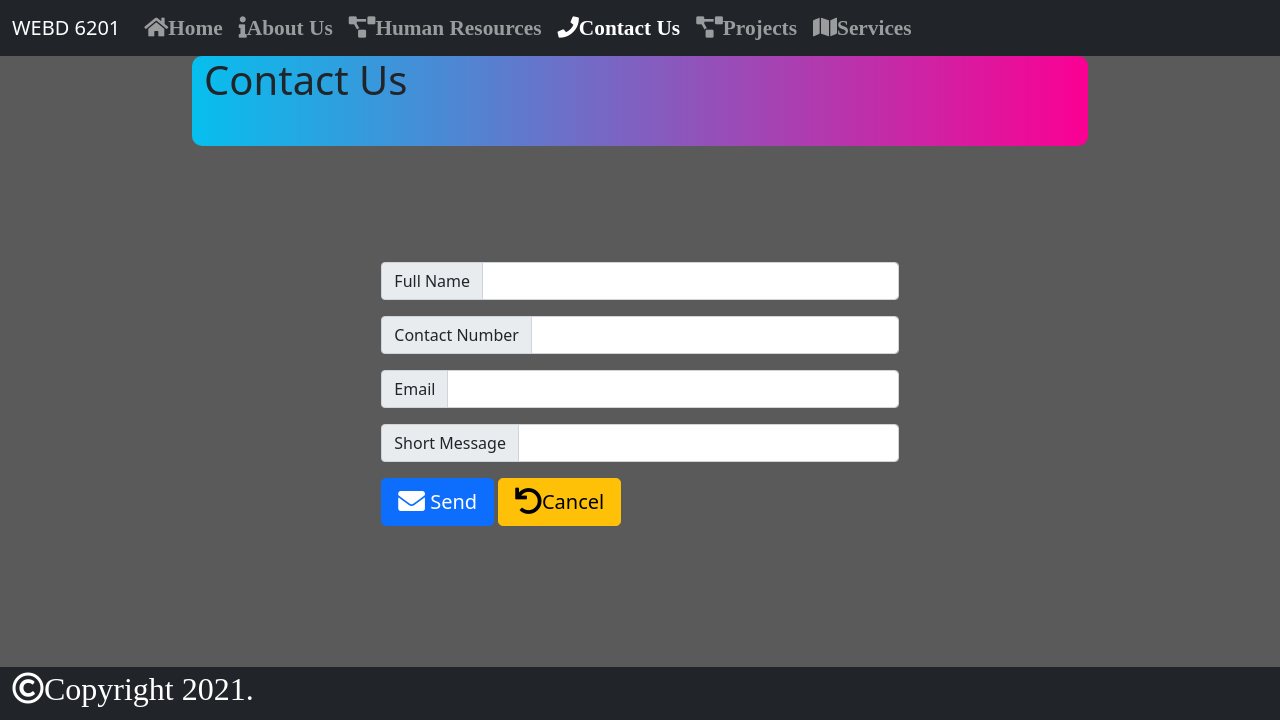
Repository: vans12345678/WEBD6201-W2021-Lab2
Page: contact.html
The author's editor kept a copy of each file at every save. The page is drawn from the files as they stood at one save, then again after the next save.
The browser window is 1280 px wide. The pictures show the whole page.

Above is the page before, as saved 2021-02-24 16:31:21.

### contact.html
<!--contact.html
Name: Andre Agrippa, Michai Pryce
Date: 02/05/2021
-->
<!DOCTYPE html>
<html lang="en">
<head>
    <meta charset="UTF-8">
    <meta name="viewport" content="width=device-width, initial-scale=1.0">
    <title>Contact Us</title>

    <!-- CSS Section -->
    <link rel="stylesheet" href="./node_modules/bootstrap/dist/css/bootstrap.min.css">
    <link rel="stylesheet" href="./node_modules/@fortawesome/fontawesome-free/css/all.min.css">
    <link rel="stylesheet" href="./Content/app.css">
</head>
<body>
  <!-- Main Header -->
    <header>
      <!-- Main Navigation -->
        <nav class="navbar navbar-expand-lg navbar-dark bg-dark">
            <div class="container-fluid">
              <a id ="navHome" class="navbar-brand" href="index.html"></a>
              <button class="navbar-toggler" type="button" data-bs-toggle="collapse" data-bs-target="#navbarSupportedContent" aria-controls="navbarSupportedContent" aria-expanded="false" aria-label="Toggle navigation">
                <span class="navbar-toggler-icon"></span>
              </button>
              <div class="collapse navbar-collapse" id="navbarSupportedContent">
                <ul id = "ulNav" class="navbar-nav me-auto mb-2 mb-lg-0">
                  <li class="nav-item">
                    <a  class="nav-link " aria-current="page" href="index.html"><i id ="navIndex"class = "fas fa-home fa-lg"></i></a>
                  </li>
                  <li class="nav-item" id ="navAbout">
                    <a  class="nav-link " aria-current="page" href="about.html"><i id ="navAboutItem"class = "fas fa-info fa-lg"></i></a>
                  </li>
                  <li class="nav-item">
                    <a  class="nav-link active" aria-current="page" href="contact.html"><i id ="navContact"class = "fas fa-phone fa-lg"></i></a>
                  </li>
                  <li class="nav-item">
                    <a  class="nav-link" aria-current="page" href="projects.html"><i id ="navProjects" class ="fas fa-project-diagram fa-lg">Products</i></a>
                  </li>
                  <li class="nav-item">
                    <a  class="nav-link " aria-current="page" href="services.html"><i id ="navServices"class = "fas fa-map fa-lg"></i></a>
                  </li>
                </ul>
              </div>
            </div>
          </nav>
    </header>
  <!-- Main Contents -->
    <main>
        <h1 class = "container">Contact Us</h1>
        <div class = "row justify-content-lg-center g-3 contact-form">
          <form id = "contactForm" class = "col-col-lg-6 col-md-5 col-sm-10">
            <div class="warnMessage alert" id="messageArea"></div>
            <div class="input-group mb-3">
              <span class="input-group-text" id="inputGroup-sizing-default">Full Name</span>
              <input id = "fullName" type="text" class="form-control" aria-label="Full Name" aria-describedby="Full Name Input"
              name = "fullName" required>
            </div>
            <div class="input-group mb-3">
              <span class="input-group-text" id="inputGroup-sizing-default">Contact Number</span>
              <input id = "contactNumber" type="tel" class="form-control" aria-label="Contact Number" aria-describedby="Contact Number Input"
              name = "contactNumber" required>
            </div>
            <div class="input-group mb-3">
              <span class="input-group-text" id="inputGroup-sizing-default">Email</span>
              <input id = "emailAddress" type="email" class="form-control" aria-label="Email Address" aria-describedby="Email Address Input"
              name = "emailAddress" required>
            </div>
            <div class="input-group mb-3">
              <span class="input-group-text" id="inputGroup-sizing-default">Short Message</span>
              <input id = "shortMessage" type="text" class="form-control" aria-label="Short Message" aria-describedby="Short Message Input"
              name = "shortMessage" required>
            </div>
          <button id = "sendButton" type="submit" class="btn btn-primary btn-lg"><i class="fas fa-envelope fa-lg"></i> Send</button>
          <button id = "cancelButton" type="reset" class="btn btn-warning btn-lg"><i class="fas fa-undo fa-lg"></i>Cancel</button>
        </form>

        </div>


    </main>
    <!-- Main Footer -->
    <footer>
      <nav class="navbar fixed-bottom navbar-dark bg-dark">
          <div class="container-fluid">
              <h4><i id = "footer"class="far fa-copyright fa-lg site-footer"></i></h4>
          </div>
        </nav>
  </footer>
    <!-- Script Section -->
    <script src="./node_modules/jquery/dist/jquery.min.js"></script>
    <script src="./node_modules/bootstrap/dist/js/bootstrap.bundle.min.js"></script>
    <script src="./Scripts/contact.js"></script>
    <script src="./Scripts/app.js"></script>

</body>
</html>

### Content/app.css
/* custom css goes here */
.Vapor {
    background-image: url('../images/vapor.jpg');
    background-repeat: no-repeat;
    background-attachment: fixed;
    background-size: 100% 100%;
  }
  a {
    color: greenyellow;
  }
  .textFont
  {
    font-family: Arial, Helvetica, sans-serif;
    line-height: 32px;
  }
  body
  {
    background-color: rgb(90, 90, 90);
  }
  h1.container{
    border-radius: 10px;
    width: 70%;
    height: 90px;
    margin: 0px auto;
    background: linear-gradient(90deg,#06bfee,#fb0093)
  }
  h1.projects{
    background-color: white;
  }
  .contact-table{
    width: 100%;
    margin:  50px auto;
    background-color: white;
  }
  .contact-form
  {
    width: 100%;
    margin:  100px auto;
  }
  .warnMessage
  {
    width: 90%;
    margin:  50px;
  }
  .site-footer {
    color:white;
  }

### Scripts/contact.js
/************************************************************
 * Name: Andre Agrippa, Michai Pryce
 * Date: 01/20/2021
 * Description: This file creates a contact class used to
 * create/display contacts for the web application
 */
"use strict";
class Contact {

    //Getters and setters
    get FullName() {
        return this.m_fullName;
    }
    set FullName(value) {
        this.m_fullName = value;
    }
    get ContactNumber() {
        return this.m_contactNumber;
    }
    set ContactNumber(value) {
        this.m_contactNumber = value;
    }
    get EmailAddress() {
        return this.m_emailAddress;
    }
    set EmailAddress(value) {
        this.m_emailAddress = value;
    }
    get ShortMessage(){
        return this.m_shortMessage;
    }
    set ShortMessage(value) {
        this.m_shortMessage = value;
    }
    /**
     *
     * @param {string} fullName
     * @param {string} contactNumber
     * @param {string} emailAddress
     * @param {string} shortMessage
     */
    constructor(fullName = "", contactNumber = "", emailAddress = "", shortMessage = "") {
        this.FullName = fullName;
        this.ContactNumber = contactNumber;
        this.EmailAddress = emailAddress;
        this.ShortMessage = shortMessage;
    }

    /**
     *This method overrides the built-in toString() method for Contact class
     *
     * @return {*}
     * @memberof Contact
     */
    toString()
    {
        return `Full Name       : ${this.FullName} \nContactNumber       : ${this.ContactNumber}
        \nEmailAddress       :${this.EmailAddress} \nShortMessage       :${this.ShortMessage}`;
    }
    /**
     *This method returns a JSON object made up of the properties of the Contact class
     *
     * @return {Object}
     * @memberof Contact
     */
    toJSON()
    {
        return{
            "fullName": this.FirstName,
            "contactNumber": this.ContactNumber,
            "emailAddress": this.EmailAddress,
            "shortMessage": this.ShortMessage
        }
    }
    /**
     *
     *This method returns the Contact into a comma-separated value string
     * @return {string}
     * @memberof Contact
     */
    serialize()
    {
        if(this.FullName !== "" && this.ContactNumber !== "" && this.EmailAddress !== "" && this.ShortMessage !== "")
        {
            return `${this.FullName}, ${this.ContactNumber}, ${this.EmailAddress}, ${this.ShortMessage}`;
        }
        else
        {
            console.error("One or more properties of the Contact is empty");
            return null;
        }
    }
    /**
     *This method takes a comma-separated data string assigns values to the Contact class properties
     *
     * @param {string} data
     * @returns {void}
     * @memberof Contact
     */
    deserialize(data)
    {
        let propertyArray = data.split(",");

        this.FullName = propertyArray[0];
        this.ContactNumber = propertyArray[1];
        this.EmailAddress = propertyArray[2];
        this.ShortMessage = propertyArray[3];

    }
}

### Scripts/app.js
/************************************************************
 * Name: Andre Agrippa, Michai Pryce
 * Date: 01/20/2021
 * Description: This file adds functionality to the Home,
 * About Us, Human Resources, Contact Us, Projects and Services
 * pages.
 * Date Completed:
 */

"use strict";


(function(){

    /**
     * Display Nav bar function to display nav and footer
     */
    function DisplayNav()
    {
        let navTextElement = document.getElementById("navHome").textContent = "WEBD 6201";
        navTextElement = document.getElementById("navIndex").textContent = "Home";
        navTextElement = document.getElementById("navAboutItem").textContent = "About Us";

        let navAboutElement = document.getElementById("navAbout");
        let hrListItem = document.createElement("li");
        hrListItem.setAttribute("id", "liHumanResources");
        hrListItem.setAttribute("class", "nav-item");
        let navbar = document.getElementById("ulNav").appendChild(hrListItem);
        hrListItem.innerHTML = `<a class="nav-link" aria-current="page" href="human-resources.html">
        <i id ="navHumanResources" class ="fas fa-project-diagram fa-lg">Human Resources</i></a>`;
        if(document.title === "Human Resources"){
            hrListItem.innerHTML = `<a class="nav-link active" aria-current="page" href="human-resources.html">
            <i id ="navHumanResources" class ="fas fa-project-diagram fa-lg">Human Resources</i></a>`;
        }

        navAboutElement.after(hrListItem);

        navTextElement = document.getElementById("navContact").textContent = "Contact Us";
        navTextElement = document.getElementById("navProjects").textContent = "Projects";
        navTextElement = document.getElementById("navServices").textContent = "Services";
        navTextElement = document.getElementById("footer").textContent = "Copyright 2021.";
    }

    /**
     * Display home to display index page
     */
    function displayHome()
    {
        DisplayNav();
        let introText = "This is a simple site to demonstrate the about, contact, human resources, projects and services requirements for Lab 1 WEBD 6201 - Client Side Scripting";
        let titleText = "Welcome to WEBD 6201";

        let introTextElement = document.getElementById("indexTitle").textContent = titleText;
        introTextElement = document.getElementById("indexParagraph").textContent = introText;

    }
    /**
     * Display about to display about the creators
     */
    function displayAbout()
    {
        DisplayNav();

        //About Andre
        let aboutElement = document.getElementById("aboutTitle").textContent = "About Us";
        aboutElement = document.getElementById("aboutAText");
        aboutElement.innerHTML = `<h1>Andre Agrippa:</h1>
        <p class = "">I'm a 2nd year student at Durham College in the Computer Programming and Analysis program. I've been
        coding for several years now because I enjoy it and always looking to improve in this aspect.</p>
        <a class = "fa-lg" href="../resumes/andre_resume.pdf" download>Resume Download</a></br></br>
        <img src="./images/aa.jpg" alt="" style="width:500px;height:450px;">`;

        //About Michai
        aboutElement.innerHTML += `<h1>Michai Pryce:</h1>
        <p class = ""> Hello, I am in my final year in the Computer Programming Program at Durham College. I love
        to code and learn about the evergrowing advancements in technology. This is the demonstration for our first lab!
        </p>
        <a class = "fa-lg" href="../resumes/Copy_of_Resume.docx" download>Resume Download</a></br></br>
        <img src="./images/m.jpg" alt="" style="width:500px;height:450px;">`;

    }
    /**
     * Display top 3 projects page
     */
    function displayProjects()
    {
        DisplayNav();

        //Projects 1
        let projectsElement = document.getElementById("projectsTitle").textContent = "Projects";
        projectsElement = document.getElementById("projectsText").innerHTML =
        `<h3>Project One: COBOL Item List</h3>
        <p>This project reads records from a .dat file, performs calculations on the data then outputs it to a .out file neatly formatted.</p>
        <img src="./images/p1.png" alt="" style="width:800px;height:500px;">`;

        //Projects 2
        projectsElement = document.getElementById("projectsText").innerHTML +=
        `<h3>Project Two: C#, XAML, MDF  Preferred Shares and Common Shares</h3>
        <p>This project uses XAML for the windows form and a database to keep track of common and preferred shares.
        The database keeps track of how many shares(common/preferred) are  available and validation is applied.</p>
        <img src="./images/p2.png" alt="" style="width:800px;height:500px;">`;

        //Projects 3
        projectsElement = document.getElementById("projectsText").innerHTML +=
        `<h3>Project Three: ASP.NET and MVC Framework Animal Shelter</h3>
        <p>This project is a web application that keeps track of animals, owners, appointment and login info in a database.
        Relational database concepts are applied.</p>
        <img src="./images/p3.png" alt="" style="width:800px;height:500px;">`;

    }
    /**
     * Display top 3 services page
     */
    function displayServices()
    {
        DisplayNav();

        //Services 1
        let servicesElement = document.getElementById("servicesTitle").textContent = "Services";
        servicesElement = document.getElementById("servicesText").innerHTML =
        `<h3>Web Development:</h3>
        <p>We offer a variety of different web development (Front-end, Back-end, Databases). Languages (PHP, ASP.NET, JavaScript)</p>
        <img src="./images/s1.jpg" alt="" style="width:800px;height:500px;">`;

        //Services 2
        servicesElement = document.getElementById("servicesText").innerHTML +=
        `<h3>OOP Programming</h3>
        <p>We offer a variety of different Object Oriented Programming. We're experienced with C#, C++, Java etc.
        Whether it be windows forms applications, console applications GUI, etc.</p>
        <img src="./images/s2.png" alt="" style="width:800px;height:500px;">`;

        //Services 3
        servicesElement = document.getElementById("servicesText").innerHTML +=
        `<h3>Database Management System</h3>
        <p>It's been almost 3 years since we've had experience in database development. We've used software such as
        Microsoft SQL Server and PgAdmin4. Experienced with relational database concepts.</p>
        <img src="./images/s3.jpg" alt="" style="width:800px;height:500px;">`;


    }
    /**
     * Display contact form page
     */
    function displayContact()
    {
        DisplayNav();

        let messageArea = document.getElementById("messageArea");
        messageArea.hidden = true;

        //form validation
        let fullName = document.getElementById("fullName");
        fullName.addEventListener("blur", function()
        {
            if(fullName.value.length < 2)
            {
                fullName.focus();
                fullName.select();
                messageArea.hidden = false;
                messageArea.className = "alert alert-danger warnMessage col-md-5";
                messageArea.textContent = "Please enter an appropriate name > 2 characters";
            }
            else
            {
                messageArea.removeAttribute("class");
                messageArea.hidden = true;
            }
        });
            let sendButton = document.getElementById("sendButton");
            sendButton.addEventListener("click", function(event)
            {
                event.preventDefault();
                // //Displays twice?

                let contact = new Contact(fullName.value,contactNumber.value, emailAddress.value, shortMessage.value);

                console.log(contact.serialize());
                if(contact.serialize())
                {
                    localStorage.setItem((localStorage.length + 1).toString(),contact.serialize());

                    window.location.href = "index.html";
                }

            });

    }
    /**
     * Human resources page
     */
    function displayHumanResources()
    {
        DisplayNav();
    }

    /**
     * Start function, depending on document title will load specific page
     */
    function Start()
    {
        console.log("App Started...");

        //Based of title of html
        switch(document.title)
        {
            case "Index":
                displayHome();
                break;
            case "About Us":
                displayAbout();
                break;
            case "Projects":
                displayProjects();
                break;
            case "Services":
                displayServices();
                break;
            case "Contact Us":
                displayContact();
                break;
            case "Contact-List":
                displayContactList();
                break;
            case "Human Resources":
                displayHumanResources();
                break;
        }


    }

    window.addEventListener("load", Start);

})();

Loaded but not shown: node_modules/bootstrap/dist/css/bootstrap.min.css (library); node_modules/@fortawesome/fontawesome-free/css/all.min.css (library); node_modules/jquery/dist/jquery.min.js (library); node_modules/bootstrap/dist/js/bootstrap.bundle.min.js (library)

After the next save:
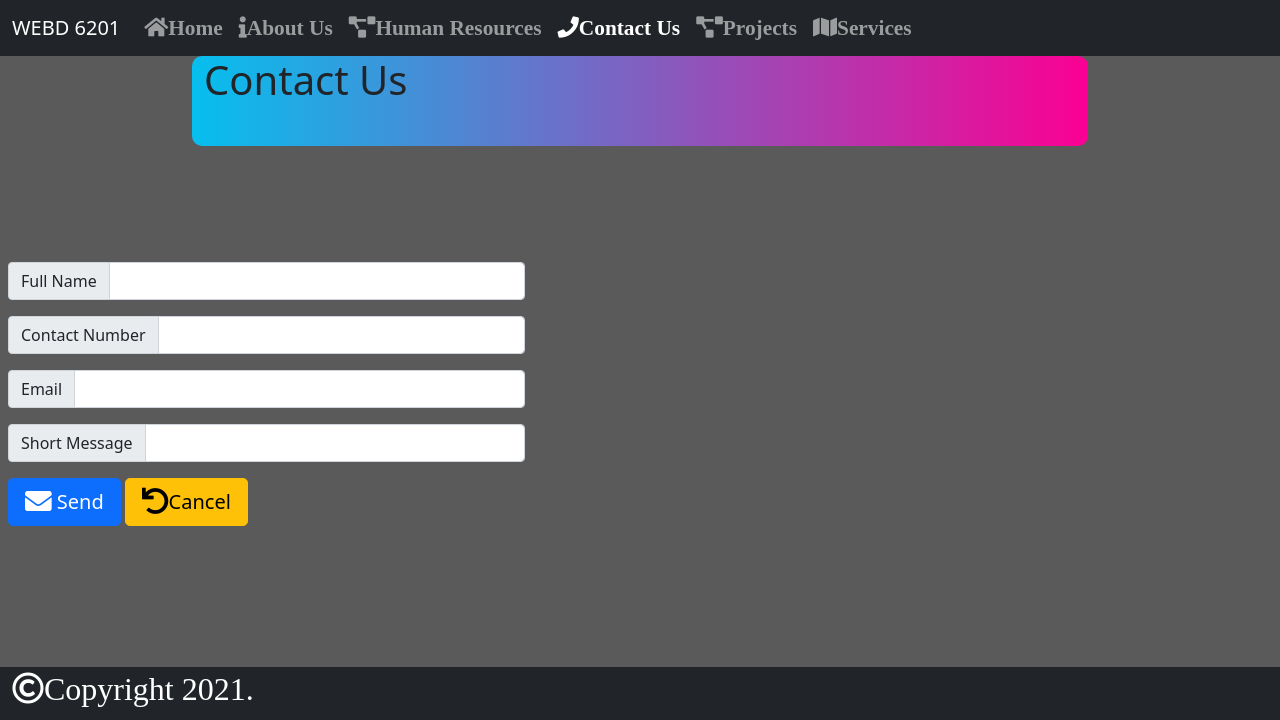
Saved 7 s later.
--- a/contact.html
+++ b/contact.html
@@ -49,7 +49,7 @@
   <!-- Main Contents -->
     <main>
         <h1 class = "container">Contact Us</h1>
-        <div class = "row justify-content-lg-center g-3 contact-form">
+        <div class = "row  g-3 contact-form">
           <form id = "contactForm" class = "col-col-lg-6 col-md-5 col-sm-10">
             <div class="warnMessage alert" id="messageArea"></div>
             <div class="input-group mb-3">
